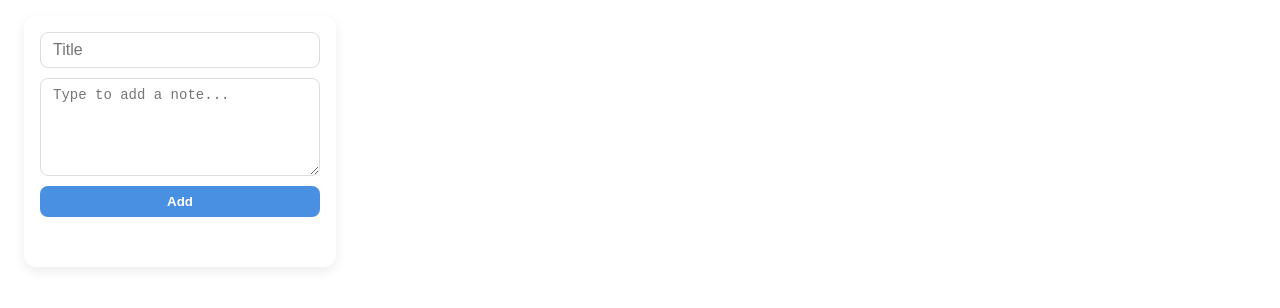
Repository: AJANI2005/Notes-App
Page: /
An editor plug-in stored every save of this project. The page is shown before and after the next save, followed by the edit.
The browser window is 1280 px wide. The pictures show the whole page.
The project was rebuilt for these pictures with package versions that can differ from the ones it lists, and the page was loaded fresh each time. Also part of the build but not shown: vite.config.ts, src/style/dialogbox.css, src/DialogBox.tsx.

Above is the page before, as saved 2025-07-31 17:59:01.

After the next save:
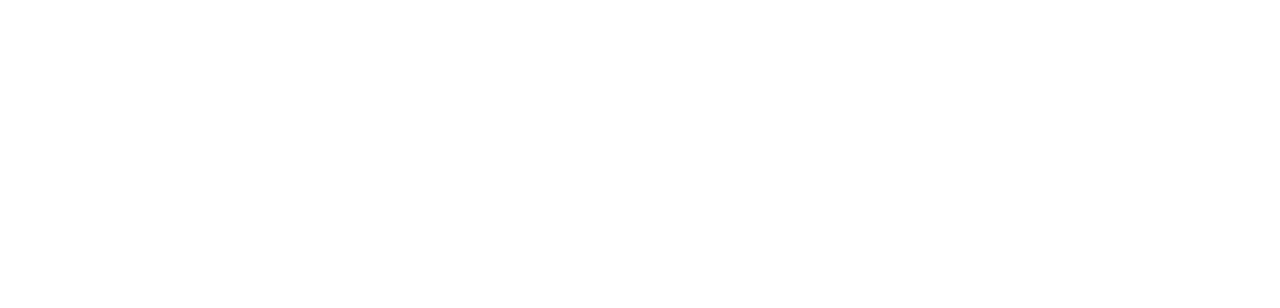
Console error: ReferenceError: title is not defined
Saved 62 s later.
--- a/src/App.tsx
+++ b/src/App.tsx
@@ -13,7 +13,6 @@
 const Note = () => {
   const [text, setText] = useState('');
   const [title, setTitle] = useState('');
-  const [editing, setEditing] = useState(false);
 
 
   //Initialize Local Storage
@@ -69,19 +68,7 @@
       <button className='addBtn' onClick={createNote}>Add</button>
 
 
-      {/* Edit Dialog Box */}
-      <DialogBox isOpen={editing} onClose={() => setEditing(false)}>
-        <input
-          value={title}
-          placeholder='Title'
-          onChange={(e) => setTitle(e.target.value)}
-          type="text" className='note-title-input' />
-        <textarea
-          value={text}
-          onChange={(e) => setText(e.target.value)}
-          className='note-input'
-          placeholder='Type to add a note...'></textarea>
-      </DialogBox>
+
     </form>
   )
 }
@@ -90,13 +77,18 @@
 
   const [notes, setNotes] = useState([]);
 
+
+
+  const [editing, setEditing] = useState(false);
+
+
+
   //Initialize Local Storage
   useEffect(()=>{
     if (localStorage.getItem("notes")){
       setNotes(JSON.parse(localStorage.getItem("notes")!))
     }
   },[])
-
 
   return (
     <>
@@ -111,6 +103,20 @@
           </div>
         ))}
       </div>
+
+      {/* Edit Dialog Box */}
+      <DialogBox isOpen={editing} onClose={() => setEditing(false)}>
+        <input
+          value={title}
+          placeholder='Title'
+          onChange={(e) => setTitle(e.target.value)}
+          type="text" className='note-title-input' />
+        <textarea
+          value={text}
+          onChange={(e) => setText(e.target.value)}
+          className='note-input'
+          placeholder='Type to add a note...'></textarea>
+      </DialogBox>
     </>
   )
 }

After the 3 saves that followed:
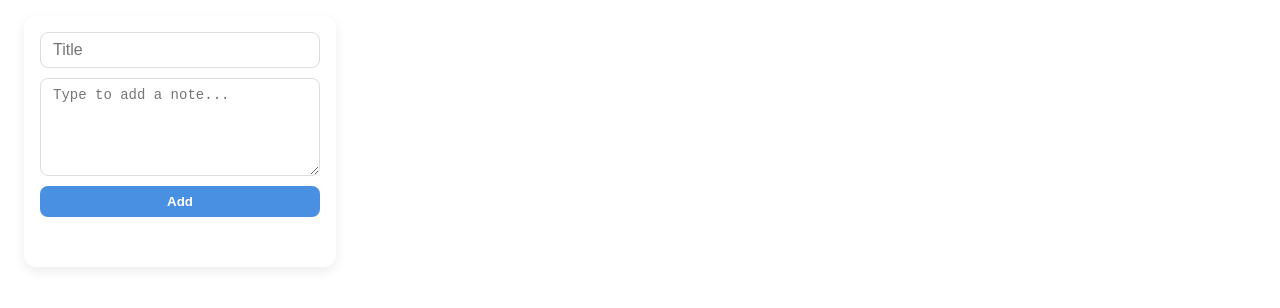
The error is gone.
The 3 saves are shown as one change because 1 did not build or start and 1 left the picture as it was.
The last was saved 111 s later.
--- a/src/App.tsx
+++ b/src/App.tsx
@@ -6,6 +6,7 @@
 
 
 interface Note {
+  id: number
   title: string;
   text: string;
 }
@@ -37,6 +38,7 @@
 
   const createNote = () => {
     const note = {
+      id: Date.now(),
       title: title,
       text: text
     }  as Note
@@ -80,7 +82,7 @@
 
 
   const [editing, setEditing] = useState(false);
-
+  const [currentNote, setCurrentNote] = useState<Note | null>(null);
 
 
   //Initialize Local Storage
@@ -106,16 +108,9 @@
 
       {/* Edit Dialog Box */}
       <DialogBox isOpen={editing} onClose={() => setEditing(false)}>
-        <input
-          value={title}
-          placeholder='Title'
-          onChange={(e) => setTitle(e.target.value)}
-          type="text" className='note-title-input' />
-        <textarea
-          value={text}
-          onChange={(e) => setText(e.target.value)}
-          className='note-input'
-          placeholder='Type to add a note...'></textarea>
+
+
+
       </DialogBox>
     </>
   )
